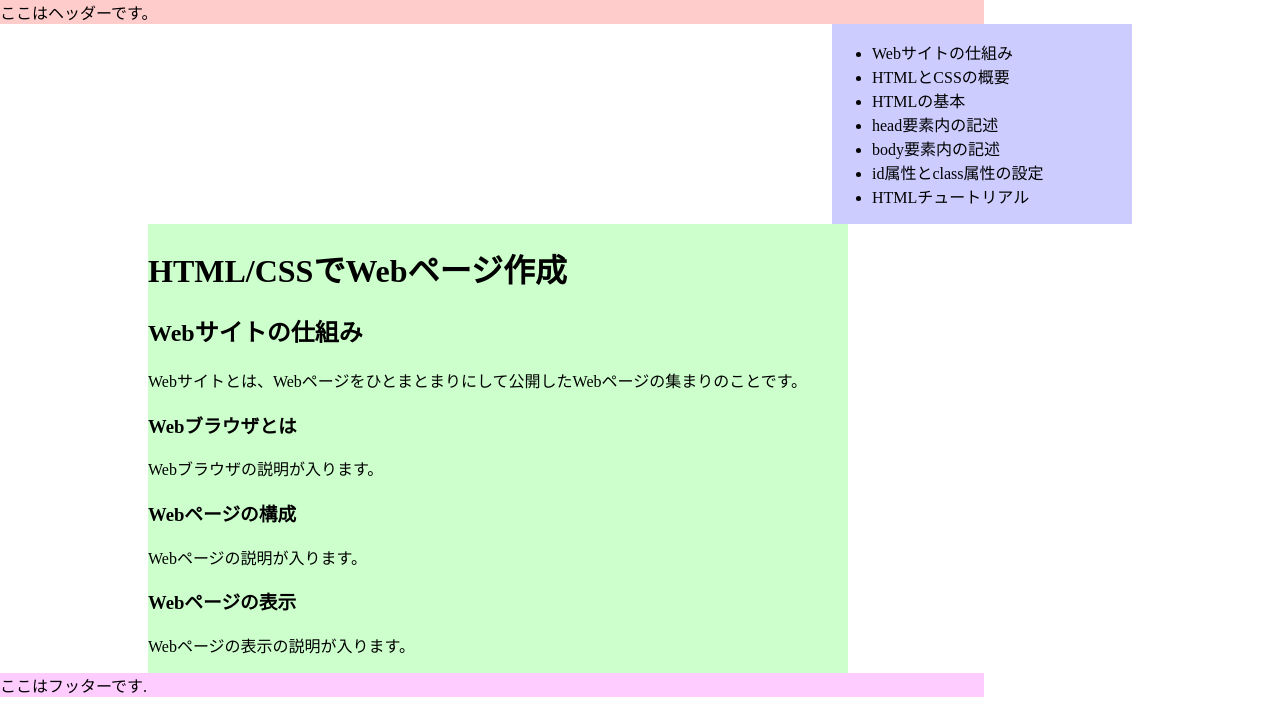
Repository: yoshimasa-ishihara/first-git
Page: kadai-html-css/kadai-html.html
The author's editor kept a record of every edit. The page is drawn from the files as they stood at one moment, then again after the next edit.
The browser window is 1280 px wide. The pictures show the whole page.

Above is the page before.

After the next edit:
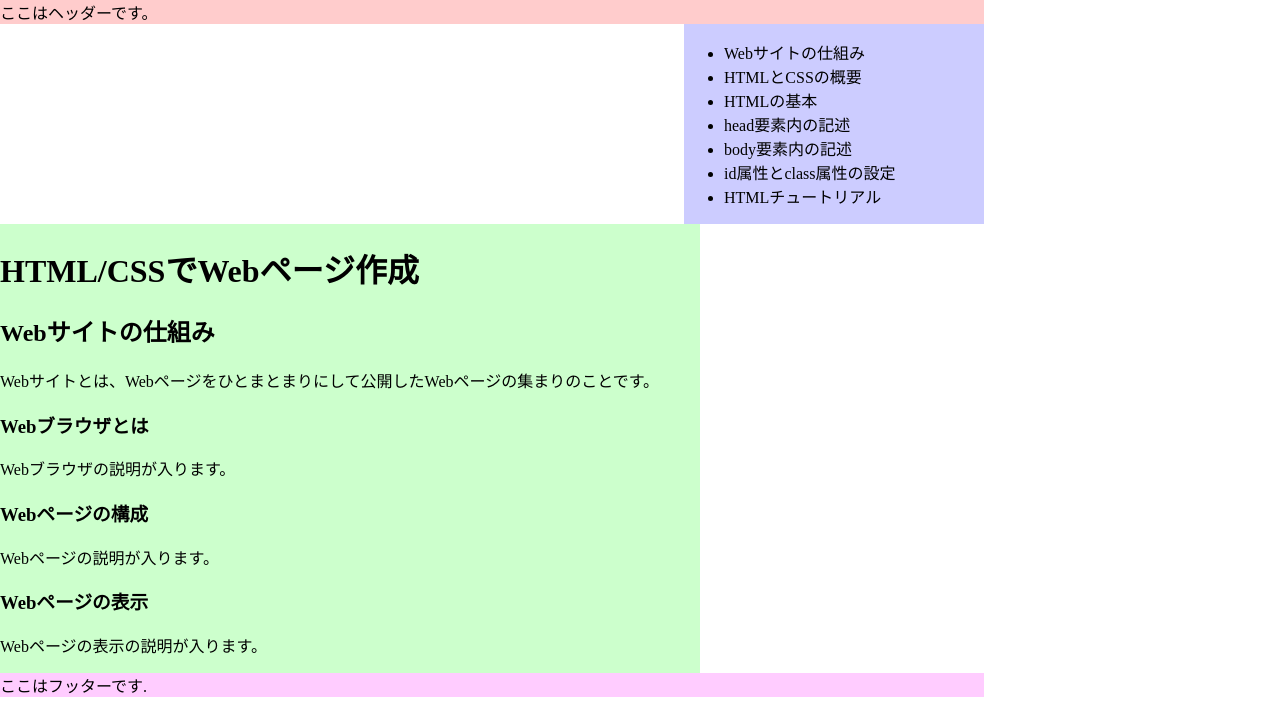
The edit:
--- a/kadai-html-css/kadai-css.css
+++ b/kadai-html-css/kadai-css.css
@@ -7,7 +7,7 @@
 }
 #wrapper{
     width:984px;
-    margin:0 auto;
+    margin:0;
 }
 #menu{
     width:300px;
